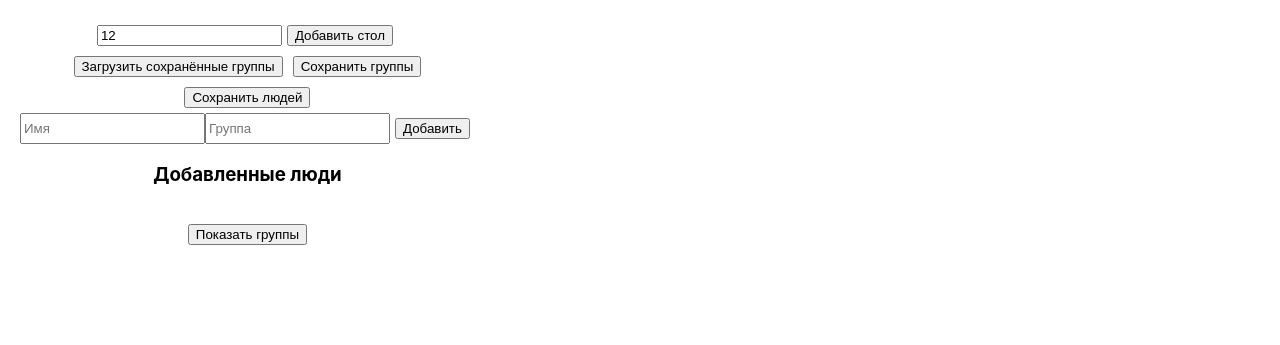
Repository: Vahan-23/Table-V2
Page: /
An editor plug-in stored every save of this project. The page is shown before and after the next save, followed by the edit.
The browser window is 1280 px wide. The pictures show the whole page.
The project was rebuilt for these pictures with package versions that can differ from the ones it lists, and the page was loaded fresh each time.

Above is the page before, as saved 2025-02-26 11:58:37.

### src/App.js
import './App.css';
import SeatingArrangement from './component/SeatingArrangement';

function App() {
  return (
    <div className="App">
      <SeatingArrangement />
    </div>
  );
}

export default App;

### src/component/SeatingArrangement.jsx
import React, { useState, useEffect } from 'react';
import { useDrag, useDrop } from 'react-dnd';
import { DndProvider } from 'react-dnd';
import { HTML5Backend } from 'react-dnd-html5-backend';
import './App.css';

const UnseatedPeopleList = ({ people, tables }) => {
    // Фильтруем людей, которые не сидят за столами
    const unseatedPeople = people.filter((person) => {
        return !tables.some((table) => table.people.some((tablePerson) => tablePerson && tablePerson.name === person.name));
    });

    return (
        <div className="unseated-people-list">
            <h3>Люди без столов</h3>
            <ul>
                {unseatedPeople.map((person, index) => (
                    <li key={index}>
                        {person.name} (Группа {person.group})
                    </li>
                ))}
            </ul>
        </div>
    );
};

const SeatingArrangement = () => {
    const [tables, setTables] = useState([]);
    const [people, setPeople] = useState([]);
    const [groupInput, setGroupInput] = useState('');
    const [peopleInput, setPeopleInput] = useState('');
    const [showGroups, setShowGroups] = useState(false);
    const [draggingGroup, setDraggingGroup] = useState(null);
    const [zoom, setZoom] = useState(1);
    const [chairCount, setChairCount] = useState(12);

    useEffect(() => {
        window.addEventListener("wheel", handleWheel, { passive: false });
        return () => window.removeEventListener("wheel", handleWheel);
    }, []);

    const handleWheel = (e) => {
        if (e.ctrlKey) {
            e.preventDefault();
            setZoom((prevZoom) => {
                let newZoom = prevZoom + (e.deltaY > 0 ? -0.1 : 0.1);
                return Math.min(Math.max(newZoom, 0.5), 2); // Ограничиваем от 0.5x до 2x
            });
        }
    };

    useEffect(() => {
        const savedTables = JSON.parse(localStorage.getItem('tables'));
        if (savedTables) setTables(savedTables);
        const savedPeople = JSON.parse(localStorage.getItem('people'));
        if (savedPeople) setPeople(savedPeople);
    }, []);

    const handleAddPerson = () => {
        if (peopleInput && groupInput) {
            const newPerson = { name: peopleInput, group: groupInput };
            setPeople([...people, newPerson]);
            setPeopleInput('');
            setGroupInput('');
        } else {
            alert('Пожалуйста, заполните все поля.');
        }
    };

    const handleDeletePerson = (personName) => {
        setPeople(people.filter((person) => person.name !== personName));
    };

    const handleAddTable = () => {
        setTables([...tables, { id: Date.now(),  people: [], chairCount }]); // Передаем количество стульев в таблицу
    };


    const handleChairCountChange = (e) => {
        setChairCount(parseInt(e.target.value, 10)); // Изменяем количество стульев
    };

    const handleDeleteTable = (tableId) => {
        setTables((prevTables) => {
            // Находим удаляемый стол
            const tableToRemove = prevTables.find((t) => t.id === tableId);

            if (tableToRemove) {
                setPeople((prevPeople) => {
                    // Добавляем людей обратно в общий список, избегая дублирования
                    const peopleToReturn = tableToRemove.people.filter((p) => p !== null);
                    return [...prevPeople, ...peopleToReturn];
                });
            }

            // Удаляем стол
            return prevTables.filter((t) => t.id !== tableId);
        });
    };

    const saveTables = () => {
        localStorage.setItem('tables', JSON.stringify(tables));
    };

    const loadSavedTables = () => {
        const savedTables = JSON.parse(localStorage.getItem('tables'));
        if (savedTables) setTables(savedTables);
    };

    const savePeople = () => {
        localStorage.setItem('people', JSON.stringify(people));
    };


    const renderGroups = () => {
        const groupedPeople = people.reduce((acc, person) => {
            if (!acc[person.group]) acc[person.group] = [];
            acc[person.group].push(person);
            return acc;
        }, {});

        return Object.values(groupedPeople).map((group, index) => (
            <Group
                key={index}
                group={group}
                groupName={`Группа ${index + 1}`}
                setDraggingGroup={setDraggingGroup}
            />
        ));
    };


    return (
        <DndProvider backend={HTML5Backend}>
            <div className="container">
                <div className="left-panel">
                    <div className="controls">
                    <input
                            type="number"
                            value={chairCount}
                            onChange={handleChairCountChange}
                            min="1"
                            placeholder="Количество стульев на столе"
                        />
                        <button onClick={handleAddTable}>Добавить стол</button>
                        <button onClick={loadSavedTables}>Загрузить сохранённые группы</button>
                        <button onClick={saveTables}>Сохранить группы</button>
                        <button onClick={savePeople}>Сохранить людей</button>
                    </div>

                    <div className="person-input">
                        <input
                            type="text"
                            value={peopleInput}
                            onChange={(e) => setPeopleInput(e.target.value)}
                            placeholder="Имя"
                        />
                        <input
                            type="text"
                            value={groupInput}
                            onChange={(e) => setGroupInput(e.target.value)}
                            placeholder="Группа"
                        />
                        <button onClick={handleAddPerson}>Добавить</button>
                    </div>

                    <div className="people-list">
                        <h3>Добавленные люди</h3>
                        <ul>
                            {people.map((person, index) => (
                                <li key={index}>
                                    {person.name} (Группа {person.group})
                                    <button
                                        onClick={() => handleDeletePerson(person.name)}
                                        className="delete-btn"
                                    >
                                        Удалить
                                    </button>
                                </li>
                            ))}
                        </ul>
                    </div>

                    <div className="toggle-groups">
                        <button onClick={() => setShowGroups(!showGroups)}>
                            {showGroups ? 'Скрыть группы' : 'Показать группы'}
                        </button>
                        {showGroups && (
                            <div className="group-list">

                                <h3>Группы для перетаскивания: </h3>
                                {renderGroups()}
                                <div className="controls">
                                    <button onClick={() => setZoom((z) => Math.min(z + 0.1, 2))}>+</button>
                                    <button onClick={() => setZoom((z) => Math.max(z - 0.1, 0.5))}>-</button>
                                </div>
                            </div>
                        )}
                    </div>
                </div>

                <div className="right-panel" style={{ transform: `scale(${zoom})`, transformOrigin: "center" }}>
            {tables.map((table) => (
                <Table
                    key={table.id}
                    table={table}
                    setTables={setTables}
                    handleDeleteTable={handleDeleteTable}
                    draggingGroup={draggingGroup}
                    setDraggingGroup={setDraggingGroup}
                    people={people} // Pass the `people` prop here
                    setPeople={setPeople}

                />
            ))}

            {draggingGroup && (
                <NewTable
                    draggingGroup={draggingGroup}
                    setTables={setTables}
                    setDraggingGroup={setDraggingGroup}
                    setPeople={setPeople}
                />
            )}
        </div>
            </div>
        </DndProvider>
    );

};

const Popup = ({ people, onSelectPerson, onClose }) => {
    return (
        <div className="popup-overlay" onClick={onClose}>
            <div className="popup-content" onClick={(e) => e.stopPropagation()}>
                <h3>Выберите человека</h3>
                <ul>
                    {people.map((person, index) => (
                        <li key={index}>
                            <button onClick={() => onSelectPerson(person)}>
                                {person.name}
                            </button>
                        </li>
                    ))}
                </ul>
                <button onClick={onClose}>Закрыть</button>
            </div>
        </div>
    );
};

// Компонент Table
const Table = ({ table, setTables, handleDeleteTable, draggingGroup, setDraggingGroup, people ,setPeople }) => {
    const [selectedChairIndex, setSelectedChairIndex] = useState(null);
    const [isPopupVisible, setIsPopupVisible] = useState(false);

    const [, drop] = useDrop({
        accept: 'GROUP',
        drop: (item) => {
            if (table.people.length + item.group.length <= table.chairCount) { // Используем chairCount стола
                setTables((prevTables) =>
                    prevTables.map((t) =>
                        t.id === table.id
                            ? { ...t, people: [...t.people, ...item.group] }
                            : t
                    )
                );
                setDraggingGroup(null);
                setPeople((prevPeople) =>
                    prevPeople.filter((person) => !item.group.some((groupPerson) => groupPerson.name === person.name))
                ); }
                else {
                alert(`На столе не может быть больше ${table.chairCount} человек!`);
            }
        },
    });

    const handleChairClick = (index) => {
        setSelectedChairIndex(index);
        setIsPopupVisible(true); // Показываем попап
    };

    const handleSelectPerson = (person) => {
        if (selectedChairIndex !== null) {
            const updatedPeople = [...table.people];
            updatedPeople[selectedChairIndex] = person;
            setTables((prevTables) =>
                prevTables.map((t) =>
                    t.id === table.id ? { ...t, people: updatedPeople } : t
                )
            );
            setPeople((prevPeople) =>
                prevPeople.filter((p) => p.name !== person.name)
            );
            setIsPopupVisible(false); // Закрываем попап
            setSelectedChairIndex(null); // Сбрасываем выбранный стул
        }
    };

    const filteredPeople = people.filter((person) => {
        return !table.people.some((tablePerson) => tablePerson && tablePerson.name === person.name);
    });

    const chairs = [];
    const angleStep = 360 / table.chairCount; // Используем chairCount стола
    const radius = 140;

    const peopleOnTable = table.people || [];

    for (let i = 0; i < table.chairCount; i++) { // Здесь также используем chairCount
        const angle = angleStep * i;
        const xPosition = radius * Math.cos((angle * Math.PI) / 180);
        const yPosition = radius * Math.sin((angle * Math.PI) / 180);

        const chairStyle = {
            position: 'absolute',
            top: '50%',
            left: '50%',
            transformOrigin: 'center',
            width: '60px',
            height: '60px',
            backgroundImage: peopleOnTable[i] ? "url('/red1.png')" : "url('/green2.png')",
            backgroundSize: 'cover',
            backgroundPosition: 'center',
            backgroundRepeat: 'no-repeat',
            color: 'white',
            display: 'flex',
            justifyContent: 'center',
            alignItems: 'center',
            borderRadius: '50%',
            fontSize: '12px',
            textAlign: 'center',
            left: `calc(50% + ${xPosition}px)`,
            top: `calc(50% + ${yPosition}px)`,

        };


        if (angle >= 0 && angle < 90) {
            chairStyle.transform = `rotate(${angle + 90}deg)`;
        } else if (angle >= 90 && angle < 180) {
            chairStyle.transform = `rotate(${angle + 90}deg)`;
        } else if (angle >= 180 && angle < 270) {
            chairStyle.transform = `rotate(${angle + 90}deg)`;
        } else {
            chairStyle.transform = `rotate(${angle + 90}deg)`;
        }

        chairs.push(
            <div
                key={i}
                className="chair"
                style={chairStyle}
                onClick={() => handleChairClick(i)}
            >
                {peopleOnTable[i] ? peopleOnTable[i].name : ''}
            </div>
        );
    }


    return (
        <div ref={drop} className="tableContainer">
            <h3>Стол {table.id} (Стульев: {table.chairCount})</h3> {/* Отображаем количество стульев */}
            <div className="table">
                <div className="table-top">
                    {chairs}
                </div>
            </div>
            <button onClick={() => handleDeleteTable(table.id)}>Удалить стол</button>

            {isPopupVisible && (
                <div className="popup-overlay">
                    <div className="popup">
                        <h3>Выберите человека</h3>
                        <ul>
                            {filteredPeople.map((person) => (
                                <li key={person.name} onClick={() => handleSelectPerson(person)}>
                                    {person.name}
                                </li>
                            ))}
                        </ul>
                        <button onClick={() => setIsPopupVisible(false)}>Закрыть</button>
                    </div>
                </div>
            )}
        </div>
    );
};


const Group = ({ group, groupName, setDraggingGroup }) => {
    const [{ isDragging }, drag] = useDrag({
        type: 'GROUP',
        item: { group },
        collect: (monitor) => ({
            isDragging: monitor.isDragging(),
        }),
    });

    useEffect(() => {
        if (isDragging) {
            setDraggingGroup(group);
        }
    }, [isDragging, group, setDraggingGroup]);

    return (
        <div ref={drag} className="group" style={{ opacity: isDragging ? 0.5 : 1 }}>
            <h4>{groupName}</h4>
        </div>
    );
};




const NewTable = ({ draggingGroup, setTables, setDraggingGroup , setPeople }) => {
    const [{ isOver }, drop] = useDrop({
        accept: 'GROUP',
        drop: (item) => {
            // Ensure the group isn't too large
            if (item.group.length <= 12) {
                const newTable = {
                    id: Date.now(), // Unique ID for the table
                    people: item.group, // Assign the dropped group to the table
                    chairCount: item.group.length, // Number of chairs is equal to the group size
                };

                // Add the new table to the state
                setTables((prevTables) => [...prevTables, newTable]);
                setPeople((prevPeople) =>
                    prevPeople.filter((person) => !item.group.some((groupPerson) => groupPerson.name === person.name))
                );

            } else {
                alert('Новый стол не может содержать больше 12 человек!');
            }

            // Reset the dragging group after the drop
            setDraggingGroup(null);
        },
        collect: (monitor) => ({
            isOver: monitor.isOver(), // Determine if the area is being hovered
        }),
    });

    return (
        <div
            ref={drop}
            className={`new-table ${isOver ? 'hovered' : ''}`} // Add a visual effect when hovered
            style={{
                border: '2px dashed gray',
                padding: '20px',
                textAlign: 'center',
                backgroundColor: isOver ? '#e0e0e0' : '#f5f5f5',
            }}
        >
            Перетащите группу сюда, чтобы создать новый стол
        </div>
    );
};


export default SeatingArrangement;

### src/component/App.css
.container {
  display: flex;
  padding: 20px;
}

.left-panel {
  flex: 1;
  margin-right: 20px;
}

.right-panel {
  flex: 2;
  display: flex;
  flex-wrap: wrap;
  justify-content: flex-start;
}

.controls button, .person-input button {
  margin: 5px;
}

.person-input {
  display: flex;
  justify-content: space-between;
  margin-bottom: 10px;
}

.people-list ul {
  list-style-type: none;
  padding: 0;
}

.people-list li {
  margin-bottom: 10px;
}

.delete-btn {
  margin-left: 10px;
}

.toggle-groups button {
  margin-top: 20px;
}

.tableContainer{
  position: relative;
  display: flex;
  width: 450px;
  height: 450px;
  /* background-color: aqua; */
  justify-content: space-between;
  align-items: center;
  text-align: center;
  flex-direction: column;
  /* border-radius: 50%; */
  overflow: hidden;
}

.table {
  /* position: relative; */
  margin: 20px;
  width: 200px;
  height: 200px;
  border: 50px solid #e7d8c7;
  border-radius: 50%;
  display: flex;
  justify-content: center;
  align-items: center;
  background-image: url('../../public/table.jpg');
  background-size: cover;
}

.table-top {
  position: relative;
  top: -15%;
  left: -15%;
  /* /* width: 250px; */
  /* height: 250px; */
}

.chair {
  position: absolute;
  width: 60px;
  height: 60px;
  background-size: cover;
  background-position: center;
  background-repeat: no-repeat;
  color: white;
  display: flex;
  justify-content: center;
  align-items: center;
  border-radius: 50%;
  font-size: 12px;
  text-align: center;
  cursor: pointer;
  transition: transform 0.2s ease, opacity 0.2s ease;
}

.chair:hover {
  transform: scale(1.1);
  opacity: 0.7;
}
.new-table {
  width: 100px;
  height: 100px;
  background-color: lightgray;
  margin: 10px;
  display: flex;
  justify-content: center;
  align-items: center;
  font-size: 14px;
  border: 2px dashed #3498db;
  position: relative;
}

.group {
  padding: 10px;
  border: 1px solid black;
  margin-bottom: 10px;
  cursor: move;
}

.group h4 {
  margin: 0;
}

/* Стиль для затемнённого фона */
.popup-overlay {
  position: fixed;
  top: 0;
  left: 0;
  width: 100%;
  height: 100%;
  background: rgba(0, 0, 0, 0.7);
  display: flex;
  justify-content: center;
  align-items: center;
  z-index: 1000; /* Делает попап на переднем плане */
}

/* Стиль для самого попапа */
.popup {
  background-color: white;
  padding: 20px;
  border-radius: 8px;
  box-shadow: 0 4px 6px rgba(0, 0, 0, 0.1);
  width: 300px;
  max-height: 80%;
  overflow-y: auto;
}

/* Список людей */
.popup ul {
  list-style-type: none;
  padding: 0;
}

.popup li {
  padding: 10px;
  cursor: pointer;
  border-bottom: 1px solid #ddd;
}

.popup li:hover {
  background-color: #f0f0f0;
}

.popup button {
  margin-top: 10px;
  background-color: #ff6b6b;
  color: white;
  border: none;
  padding: 10px 15px;
  border-radius: 5px;
  cursor: pointer;
  font-size: 14px;
}

.popup button:hover {
  background-color: #ff4a4a;
}

Loaded but not shown: public/index.html (common file); src/index.js (common file); src/index.css (common file); src/reportWebVitals.js (common file); src/App.css (common file)

After the next save:
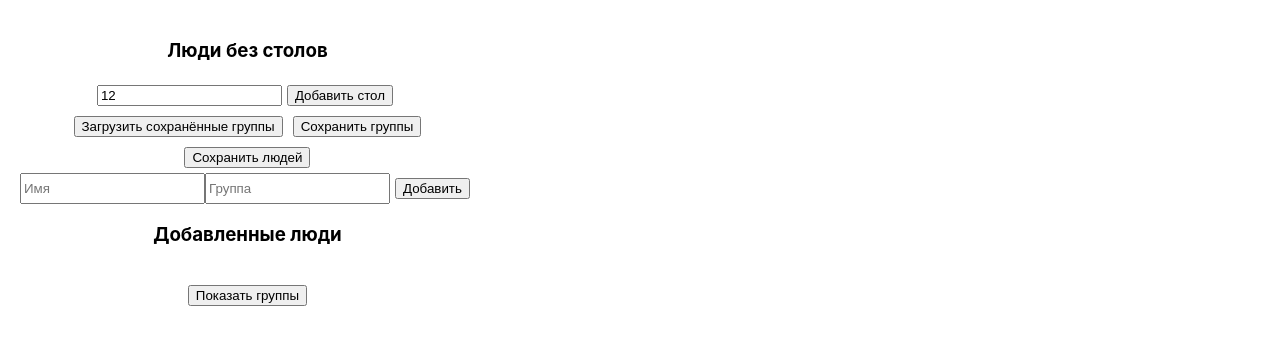
Saved 34 s later.
--- a/src/component/SeatingArrangement.jsx
+++ b/src/component/SeatingArrangement.jsx
@@ -134,6 +134,7 @@ const SeatingArrangement = () => {
         <DndProvider backend={HTML5Backend}>
             <div className="container">
                 <div className="left-panel">
+                <UnseatedPeopleList people={people} tables={tables} />
                     <div className="controls">
                     <input
                             type="number"
